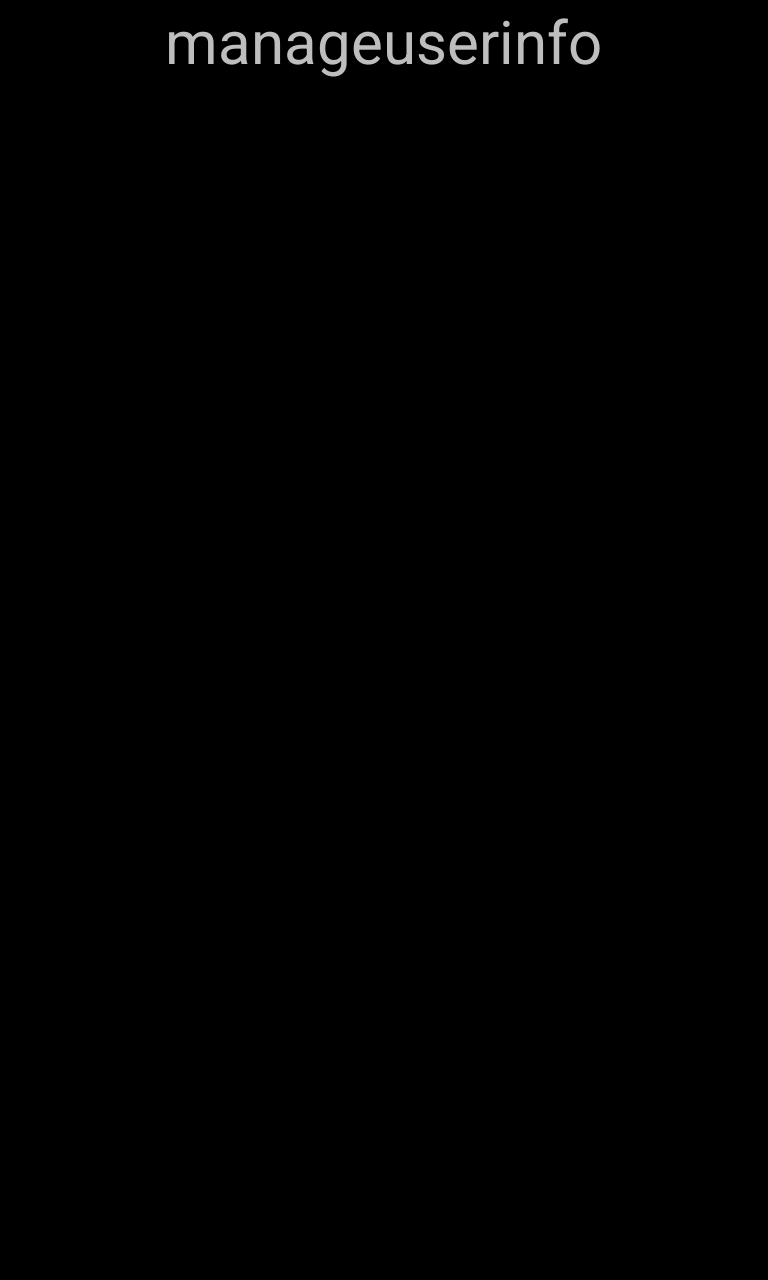
Repository: jcyfkimi/Android-TaoTao
Layout: TaoTao/res/layout/manageuserinfo.xml
These files come from the project's save history. The layout is drawn as it stood at one moment and after the next save; the edit follows.
It is drawn on a 768 x 1280 px phone screen (xhdpi) without system bars, with theme android:Theme; the app's code is not run.

Above is the layout before, as saved 2011-09-16 05:51:14.

After the next save:
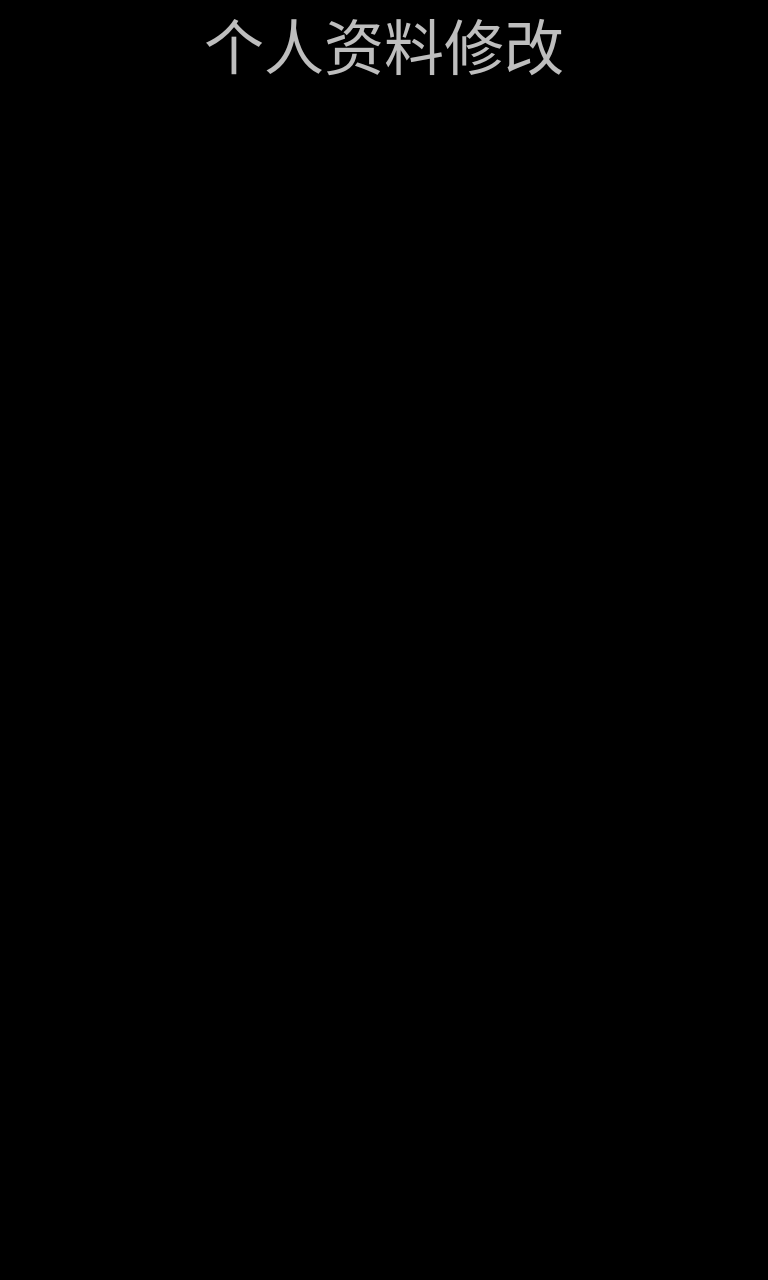
Saved 47 s later.
--- a/TaoTao/res/layout/manageuserinfo.xml
+++ b/TaoTao/res/layout/manageuserinfo.xml
@@ -9,6 +9,6 @@
     	android:layout_width="wrap_content"
     	android:layout_height="wrap_content"
     	android:layout_gravity="center_horizontal"
-    	android:text="manageuserinfo"
+    	android:text="@string/manageinfoupdate"
     	android:textSize="30dip"/>
 </LinearLayout>
